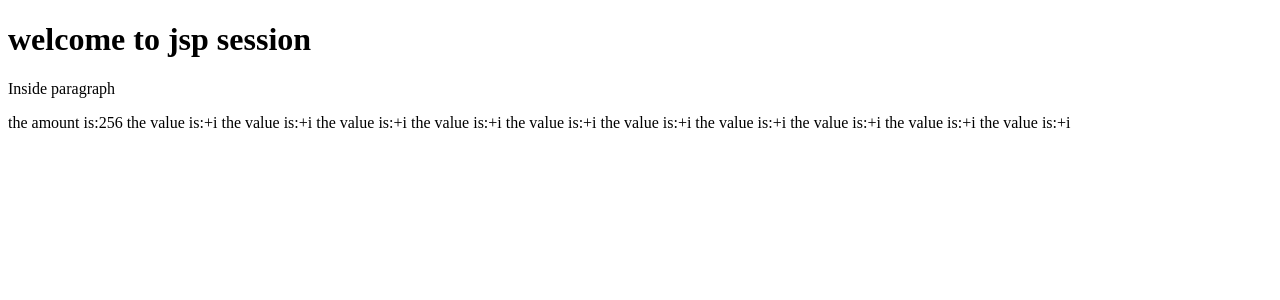
Repository: Tejashriamarjadhav/PHASE2_PROJECT
Page: http://localhost/JSPDemo/insex.jsp
The author's editor kept a copy of each file at every save. The page is drawn from the files as they stood at one save, then again after the next save.
The browser window is 1280 px wide. The pictures show the whole page.
The page is served by Tomcat 9.

Above is the page before, as saved 2021-08-21 14:38:55.

### JSPDemo/WebContent/insex.jsp
<%@ page language="java" contentType="text/html; charset=ISO-8859-1"
    pageEncoding="ISO-8859-1"%>
<!DOCTYPE html>
<html>
<head>
<meta charset="ISO-8859-1">
<title>Insert title here</title>
</head>
<body>
<h1>welcome to jsp session</h1>
<%
out.println("<p> Inside paragraph</p>");

int amount=256;
out.println("<p> the amount is:"+amount);
for(int i=0;i<10;i++){
	out.println("the value is:+i");
}
%>
</body>
</html>

After the next save:
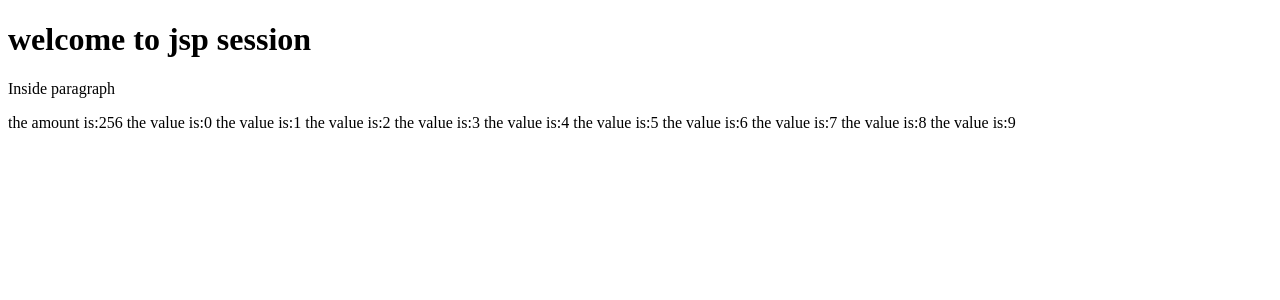
Saved 34 s later.
--- a/JSPDemo/WebContent/insex.jsp
+++ b/JSPDemo/WebContent/insex.jsp
@@ -14,7 +14,7 @@ out.println("<p> Inside paragraph</p>");
 int amount=256;
 out.println("<p> the amount is:"+amount);
 for(int i=0;i<10;i++){
-	out.println("the value is:+i");
+	out.println("the value is:" +i);
 }
 %>
 </body>
